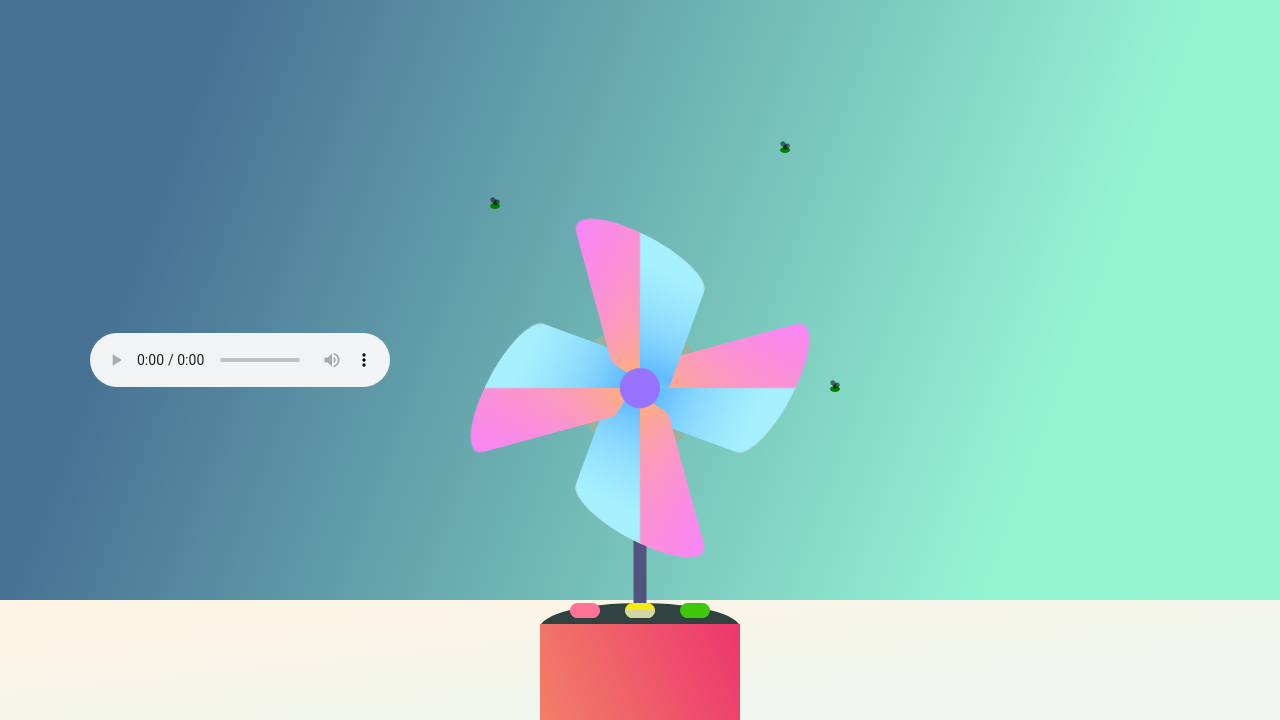
Repository: VuTuanAnh0949/CodeFan
Page: index.html
These files come from the project's save history. The page is drawn as it stood at one moment and after the next save; the edit follows.
The browser window is 1280 px wide. The pictures show the whole page.

Above is the page before, as saved 2022-06-22 12:52:13.

### index.html
<!DOCTYPE html>
<html lang="en">
<head>
    <meta charset="UTF-8">
    <meta http-equiv="X-UA-Compatible" content="IE=edge">
    <meta name="viewport" content="width=device-width, initial-scale=1.0">
    <title>Document</title>
    <link rel="stylesheet" href="style.css">
</head>
<body>
    <audio controls autoplay>
        <source src="ChillTikTok.mp3" type="audio/mpeg">
      </audio>
    <div class="windows">
        <div class="window"></div>

    </div>
    <div class="fan">
        <div class="fan__root"> <span class="top"> <label class="green" for="engine"></label> <label class="yellow"
                    for="engine2"></label> <label class="pink" for="jack"></label> </span> <span class="bottom"></span>
        </div>
        <div class="fan__staddle"></div> <input type="checkbox" id="jack" hidden />
        <div class="head">
            <div class="fan__engine"> <span class="center"></span> </div> <input type="checkbox" id="engine" hidden
                checked />
            <div> <span class="fly"></span> <span class="fly"></span> <span class="fly"></span>
                <div class="fan__blades"> <input type="checkbox" id="engine2" hidden checked />
                    <div class="fan__blades">
                        <div class="center"></div>
                        <div class="blade"><span></span></div>
                        <div class="blade"><span></span></div>
                        <div class="blade"><span></span></div>
                        <div class="blade"><span></span></div>
                    </div>
                </div>
            </div>
        </div>
    </div>

</body>
</html>

### style.css
html {
    overflow: hidden;
}

body {
    overflow: hidden;
    margin: 0;
    padding: 0;
    background-image: linear-gradient( 110.5deg,  rgba(71,114,148,1) 14.9%, rgba(149,245,211,1) 77.9% );
    display: flex;
    justify-content: center;
    align-items: center;
    width: 100vw;
    height: 100vh;
    position: relative;
}
audio{
    z-index: 3;

}
body::after {
    position: absolute;
    width: 100%;
    content: "";
    height: calc(100% - 600px);
    z-index: 0;
    background-image: linear-gradient( 174.2deg,  rgba(255,244,228,1) 7.1%, rgba(240,246,238,1) 67.4% );
    bottom: 0;
}
@keyframes spin {
    from {
        transform: rotate(0deg);
    }

    to {
        transform: rotate(360deg);
    }
}

@keyframes off {
    to {
        transform: rotate(380deg);
    }
}

@keyframes off2 {
    to {
        transform: rotate(880deg);
    }
}

@keyframes fly {
    to {
        margin-top: 50px;
    }
}

span {
    display: block;
}

.windows {
    width: 100vw;
    height: 100vh;
    position: absolute;
    z-index: 0;
    top: 0;
    left: 0;
    display: flex;
    align-content: flex-start;
}


.fly {
    transition: 0.5s all cubic-bezier(0.04, 0.06, 0, 1.18), 1s transform;
    width: 10px;
    height: 6px;
    background: green;
    border-radius: 50%;
    position: absolute;
    animation: fly 5s alternate infinite ease-in-out;
}

.fly:nth-of-type(1) {
    top: -78px;
    left: -200px;
}

.fly:nth-of-type(2) {
    transform: translateY(-10px);
    animation-delay: 4s;
    top: 5px;
    right: -250px;
}

.fly:nth-of-type(3) {
    transform: translateY(0px);
    top: 400px;
    animation-delay: 2s;
    right: -400px;
}

.fly::after,
.fly::before {
    content: "";
    position: absolute;
    width: 7px;
    height: 5px;
    background-color: rgba(0, 0, 0, 0.5);
    display: block;
    border-radius: 50%;
}

.fly::before {
    bottom: 4px;
    transform: rotate(325deg);
    left: 3px;
}

.fly::after {
    transform: rotate(45deg);
    bottom: 6px;
}

.fan {
    width: 500px;
    height: 500px;
    position: relative;
    z-index: 1;
    margin-top: 75px;
    perspective: 500px;
    margin-right:300px;
}

.fan::after {
    content: "";
    display: block;
    position: absolute;
    height: 500px;
    width: 200px;
    background-image: linear-gradient( 68.3deg,  rgba(245,177,97,1) 0.4%, rgba(236,54,110,1) 100.2% );
    top: calc(100% - 24px);
    left: calc(50% - 100px);

}

.fan__root {
    width: 200px;
    position: absolute;
    bottom: 0;
    left: 50%;
    transform: translateX(-50%);
}

.fan__root .top {
    overflow: hidden;
    width: 200px;
    height: 25px;
    position: relative;
}

.fan__root .top::after {
    content: "";
    display: block;
    width: 200px;
    height: 50px;
    background: #2f423f;
    border-radius: 50%;
}

.fan__root .top .green {
    position: absolute;
    width: 30px;
    height: 15px;
    border-radius: 15px;
    display: block;
    right: 30px;
    background: #3EC70B;
    cursor: pointer;
    overflow: hidden;
}

.fan__root .top .yellow {
    position: absolute;
    width: 30px;
    height: 15px;
    border-radius: 15px;
    display: block;
    right: 85px;
    background: #F7EC09;
    cursor: pointer;
    overflow: hidden;
}

.fan__root .top .yellow::after {
    content: "";
    display: block;
    width: 100%;
    height: 50%;
    position: absolute;
    bottom: 0;
    background: #F7EC09;
}

.fan__root .top .yellow::after {
    content: "";
    display: block;
    width: 100%;
    height: 50%;
    position: #F7EC09;
    bottom: 0;
    background: #D6D5A8;
}

.fan__root .top .pink {
    position: absolute;
    cursor: pointer;
    width: 30px;
    height: 15px;
    border-radius: 15px;
    display: block;
    left: 30px;
    background: #FF7396;
    overflow: hidden;
}

.fan__root .top .pink::after {
    content: "";
    display: block;
    width: 100%;
    height: 50%;
    position: absolute;
    bottom: 0;
    background: #FF7396;
}

.fan__root .bottom {
    overflow: hidden;
    width: 500px;
    height: 20px;
}

.fan__root .bottom::after {
    content: "";
    display: block;
    width: 200px;
    height: 40px;
    background: #2f423f;
    border-radius: 18%;
    transform: translateY(-30px);
}

.fan__staddle {
    position: absolute;
    bottom: 45px;
    background: #51557E;
    height: 270px;
    width: 13px;
    left: 50%;
    transform: translateX(-50%);
}

.fan__engine {
    position: absolute;
    bottom: 0px;
    width: 130px;
    height: 130px;
    background: #94B49F;
    border-radius: 50%;
    left: 50%;
    transform: translateX(-50%);
}

.fan__engine::after {
    content: "";
    background: red;
    display: block;
    width: 25px;
    height: 50px;
    position: absolute;
    top: 105px;
    left: 50%;
    transform: translateX(-50%);
    border-radius: 0 0 5px 5px;
}

.fan__blades {
    width: 230px;
    height: 230px;
    position: absolute;
    bottom: -50px;
    transition: 2s;
    transform-origin: center center;
    left: calc(50% - 115px);
    z-index: 1;
    animation: spin infinite 0.38s linear forwards;
}

.fan__blades .fan__blades {
    bottom: 0;
    animation: spin infinite 0.5s linear forwards;
}

.fan__blades .blade {
    position: absolute;
    width: 80px;
    height: 100%;
    left: 50%;
    transform: translateX(-50%) skewY(25deg);
    perspective: 500px;
    transform-style: preserve-3d;
}

.fan__blades .blade:nth-child(2) {
    transform: translateX(-50%) rotate(90deg) skewY(25deg);
}

.fan__blades .blade:nth-child(3) {
    transform: translateX(-50%) rotate(180deg) skewY(25deg);
}

.fan__blades .blade:nth-child(4) {
    transform: translateX(-50%) rotate(270deg) skewY(25deg);
}

.fan__blades .blade span {
    width: 100%;
    height: 200%;
    border-radius: 44px;
    background-image: linear-gradient( 102.4deg,  rgba(253,189,85,1) 7.8%, rgba(249,131,255,1) 100.3% );;
    position: absolute;
    top: -66px;
    display: block;
    transform-style: preserve-3d;
    transform: rotateX(81deg);
    overflow: hidden;
}

.fan__blades .blade span::after {
    width: 50%;
    height: 100%;
    content: "";
    display: block;
    background-image: radial-gradient( circle farthest-corner at 10% 20%,  rgba(97,186,255,1) 0%, rgba(166,239,253,1) 90.1% );
    transform: rotate(0deg);
}

.fan__blades .center {
    position: absolute;
    overflow: hidden;
    width: 40px;
    height: 40px;
    border-radius: 50%;
    left: 50%;
    top: 50%;
    transform: translate(-50%, -50%) rotate(45deg);
    background: #9772FB;
    z-index: 2;
}

.fan__blades .center::after {
    display: block;
    content: "";
    width: 40px;
    height: 20px;
    background: #9772FB;
}

.head {
    transition: 1s transform;
    height: auto;
    width: auto;
    position: absolute;
    width: 300px;
    height: 300px;
    bottom: 195px;
    left: calc(50% - 150px);
    /* transform: translateX(-50%); */
}

#engine:checked+div>div {
    animation: off2 1s ease-out forwards;
}

#engine:checked+div>span:nth-child(1) {
    transition: 5s all ease-in-out, 1s transform;
    left: 0px;
    top: 0px;
}

#engine:checked+div>span:nth-child(2) {
    transition: 5s all ease-in-out, 1s transform;
    right: 0px;
    top: 0px;
}

#engine:checked+div>span:nth-child(3) {
    transition: 7s all ease-in-out, 1s transform;
    right: -50px;
    top: 200px;
}

#engine2:checked+div {
    animation: off 1s ease-out forwards;
}

#jack:checked+div {
    transform: translateY(-115px);
}

#jack:checked+div>div:nth-child(3)>span {
    transform: translateY(115px);
}

After the next save:
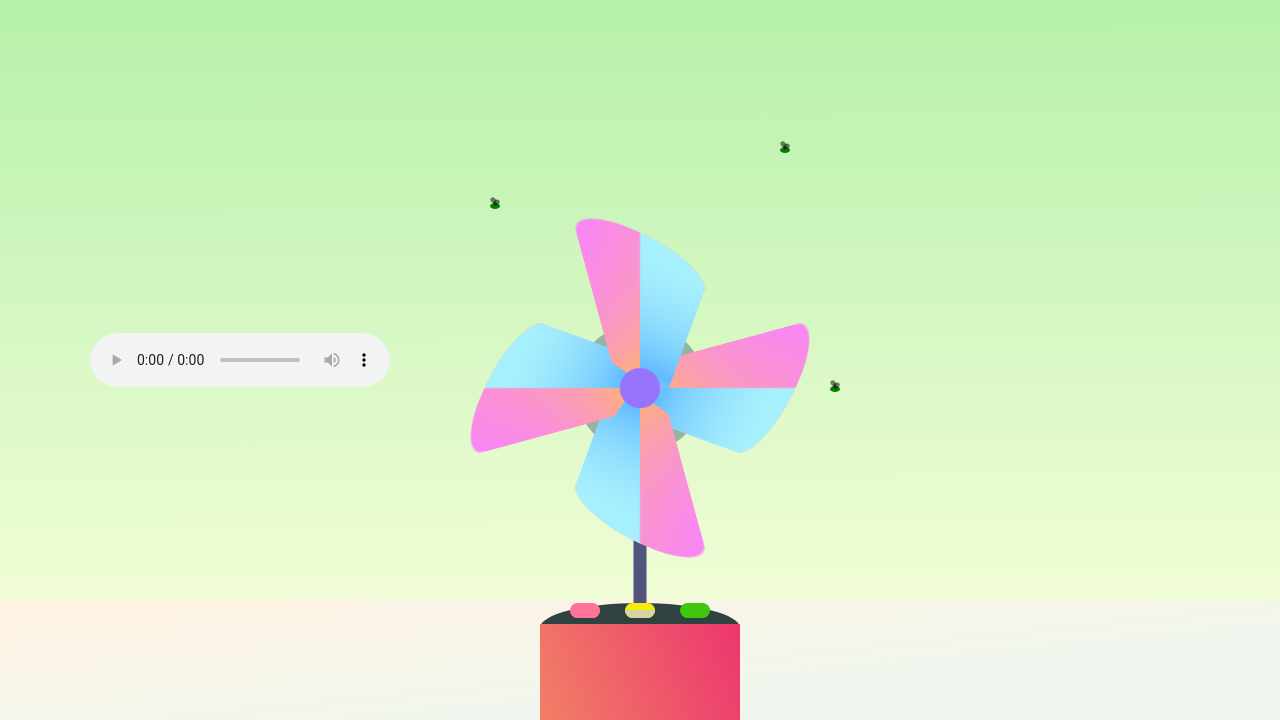
Saved 28 s later.
--- a/style.css
+++ b/style.css
@@ -6,7 +6,7 @@
     overflow: hidden;
     margin: 0;
     padding: 0;
-    background-image: linear-gradient( 110.5deg,  rgba(71,114,148,1) 14.9%, rgba(149,245,211,1) 77.9% );
+    background-image: linear-gradient( 359.8deg,  rgba(252,255,222,1) 2.2%, rgba(182,241,171,1) 99.3% );
     display: flex;
     justify-content: center;
     align-items: center;

After the save that followed:
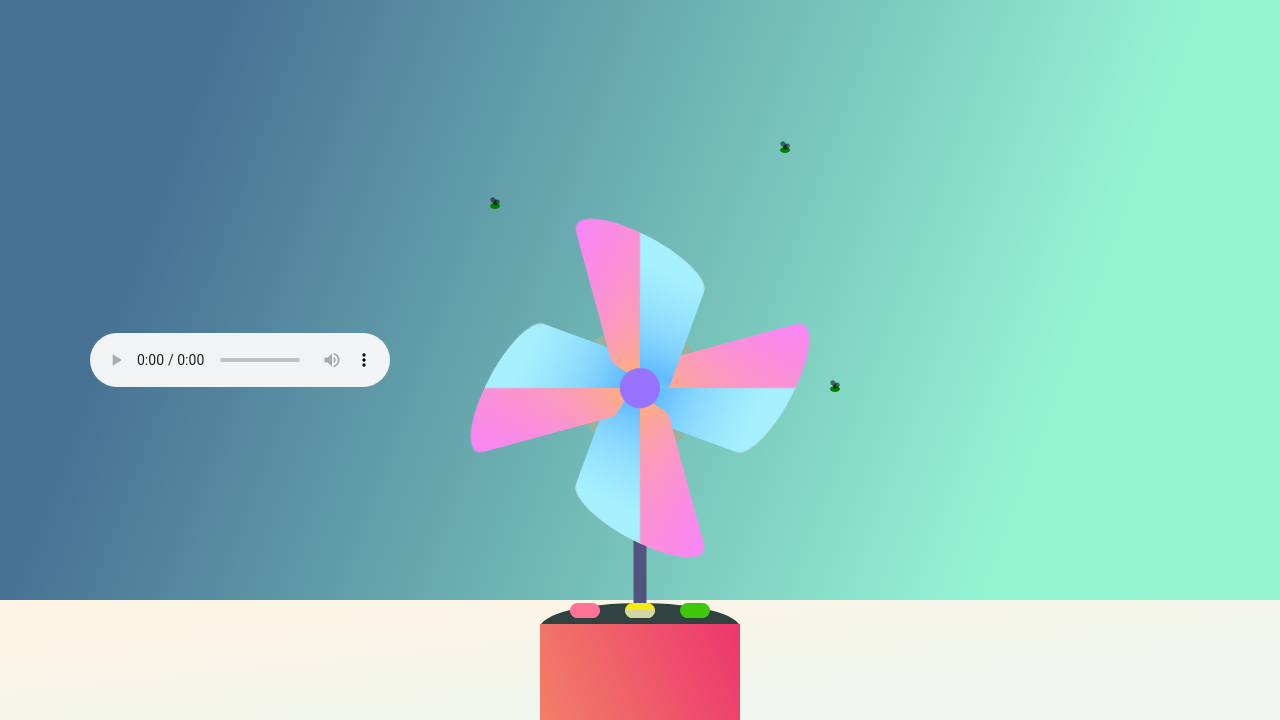
Saved 100 s later.
--- a/style.css
+++ b/style.css
@@ -6,7 +6,7 @@
     overflow: hidden;
     margin: 0;
     padding: 0;
-    background-image: linear-gradient( 359.8deg,  rgba(252,255,222,1) 2.2%, rgba(182,241,171,1) 99.3% );
+    background-image: linear-gradient( 110.5deg,  rgba(71,114,148,1) 14.9%, rgba(149,245,211,1) 77.9% );
     display: flex;
     justify-content: center;
     align-items: center;
